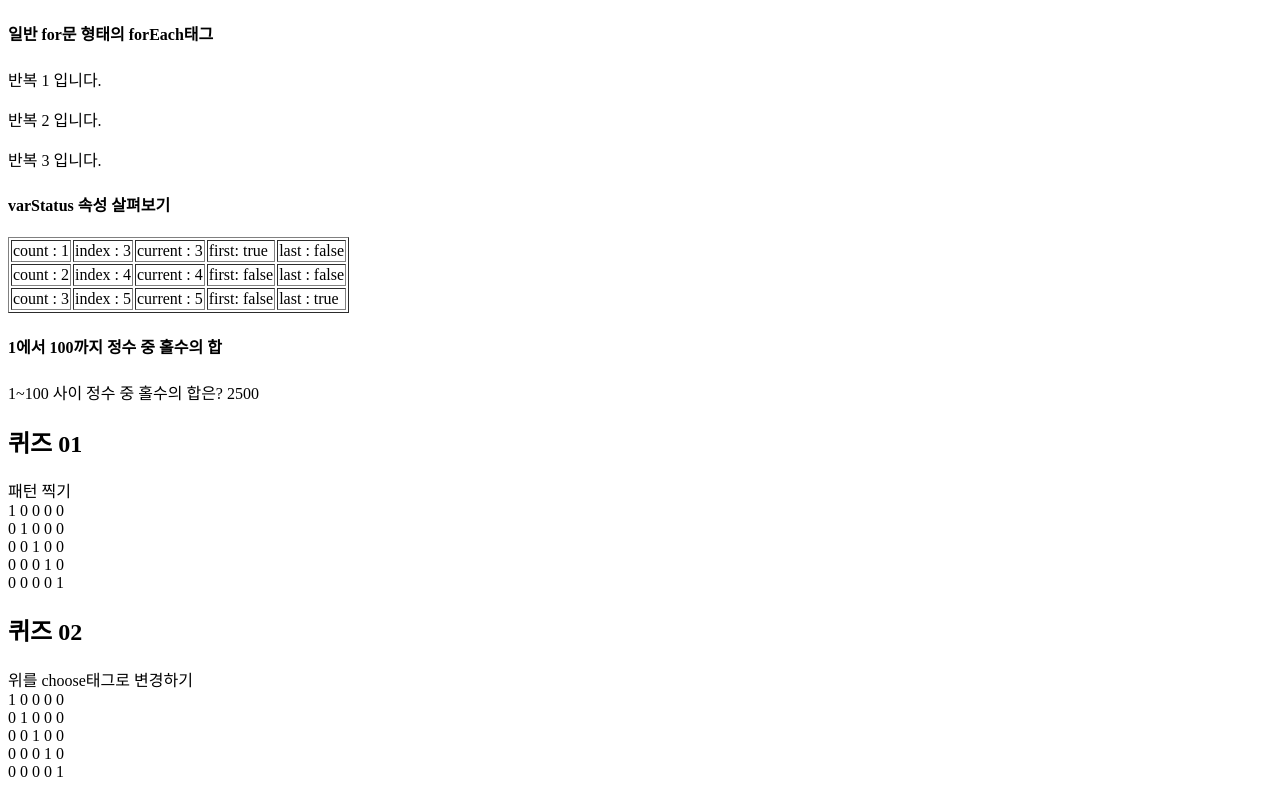
Repository: ssing365/JSPStudy
Page: http://localhost/JSPServlet/11JSTL/core/ForEachNormal.jsp
The author's editor kept a copy of each file at every save. The page is drawn from the files as they stood at one save, then again after the next save.
The browser window is 1280 px wide. The pictures show the whole page.
The page is served by Tomcat 10. Other server files are loaded and not shown.

Above is the page before, as saved 2024-11-06 08:50:02.

### JSPServlet/src/main/webapp/11JSTL/core/ForEachNormal.jsp
<%@ page language="java" contentType="text/html; charset=UTF-8"
    pageEncoding="UTF-8"%>
<%@ taglib prefix="c" uri="jakarta.tags.core"%>
<!DOCTYPE html>
<html>
<head>
<meta charset="UTF-8">
<title>JSTL - forEach1</title>
</head>
<body>
	<!--
	forEach태그의 일반 for문 형태
		속성]
			begin : 반복문의 시작값
			end : 종료값
			step : 증가치(생략할 경우 1로 고정)
			var : 반복에 사용할 변수
	 -->
	<h4>일반 for문 형태의 forEach태그</h4>
	<c:forEach begin="1" end="3" step="1" var="i">
		<p>반복 ${i} 입니다.</p>
	</c:forEach>

	<h4>varStatus 속성 살펴보기</h4>
	<!--
	일반 for문에서의 varStatus 속성
	: 반복과 관련된 정보를 추상화한 클래스를 통해 정보를 반환한다.
		count : 실제 반복횟수 반환. 1부터 시작
		index : 변수 i의 변환하는 값을 반환
		first : 루프의 처음일 때 true를 반환
		last : 루프의 마지막에 true
		current : 현재 루프의 변수값을 반환(var속성에 지정된 변수)
		* 즉, 일반 for문에서는 index와 current는 동일한 값을 반환한다.
	 -->
	<table border="1">
	<c:forEach begin="3" end="5" var="i" varStatus="loop">
		<tr>
			<td>count : ${loop.count }</td>
			<td>index : ${loop.index }</td>
			<td>current : ${loop.current }</td>
			<td>first: ${loop.first }</td>
			<td>last : ${loop.last }</td>
		</tr>
	</c:forEach>
	</table>

	<h4>1에서 100까지 정수 중 홀수의 합</h4>
	<!-- 변수 j가 1~100까지 1씩 증가한다. step은 생략시 1로 지정됨 -->
	<c:forEach begin="1" end="100" var="j">
		<!-- if(j%2 ! =0)와 동일한 조건식. 즉 2로 나눠떨어지지 않는경우 -->
		<c:if test="${j mod 2 ne 0 }">
			<!-- sum에 증가하는 j를 누적해서 더해준다. -->
			<c:set var="sum" value="${sum + j }"></c:set>
		</c:if>
	</c:forEach>
	1~100 사이 정수 중 홀수의 합은? ${sum}

	<h2>퀴즈 01</h2>
	패턴 찍기<br/>
	<c:forEach begin="1" end="5" var="i" >
		<c:forEach begin="1" end="5" var="j">
			<c:if test="${ i eq j }" var="result">1</c:if>
			 <c:if test="${not result }" >0</c:if>
		</c:forEach>
		<br/>
	</c:forEach>

	<h2>퀴즈 02</h2>
	위를 choose태그로 변경하기<br/>
	<c:forEach begin="1" end="5" var="i" >
		<c:forEach begin="1" end="5" var="j">
			<c:choose>
				<c:when test="${ i eq j }">1
				</c:when>
				<c:otherwise>
				0
				</c:otherwise>
			</c:choose>
		</c:forEach>
		<br/>
	</c:forEach>

</body>
</html>

After the next save:
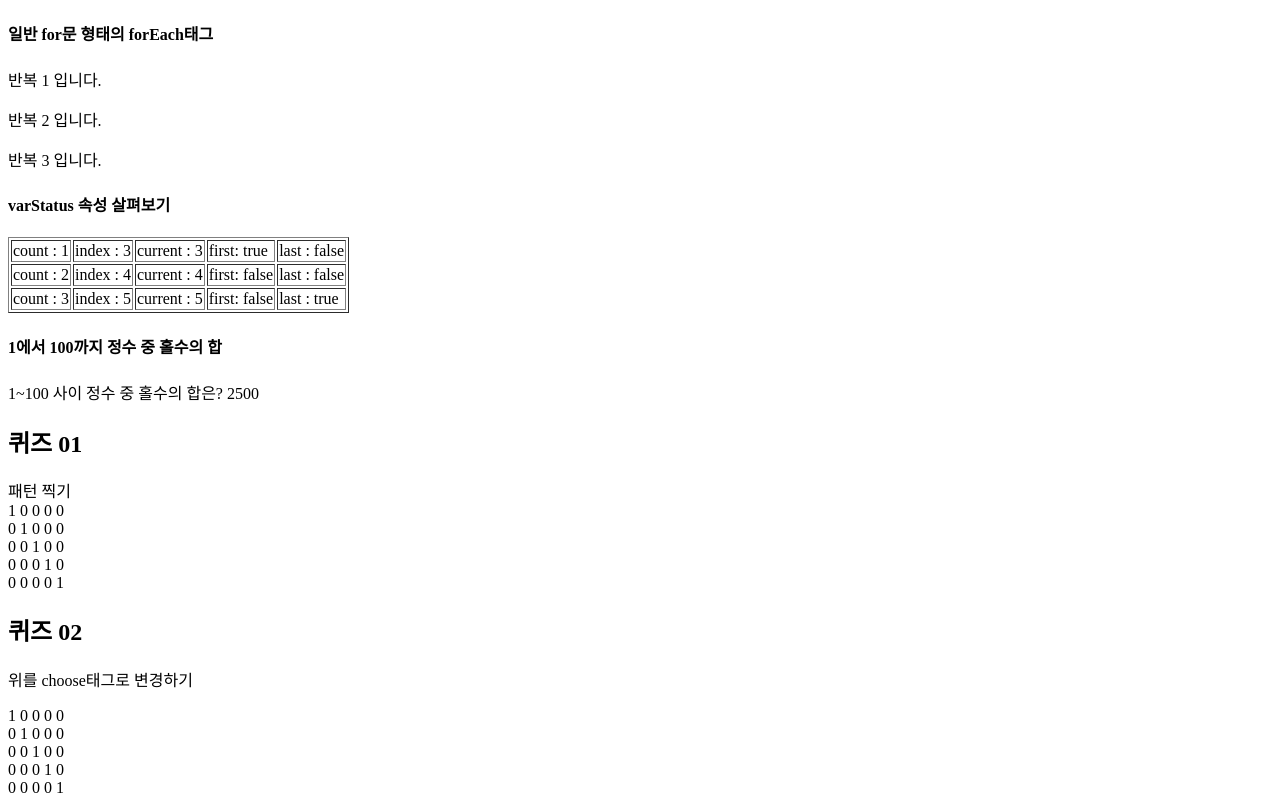
Saved 22 s later.
--- a/JSPServlet/src/main/webapp/11JSTL/core/ForEachNormal.jsp
+++ b/JSPServlet/src/main/webapp/11JSTL/core/ForEachNormal.jsp
@@ -66,7 +66,7 @@
 	</c:forEach>
 
 	<h2>퀴즈 02</h2>
-	위를 choose태그로 변경하기<br/>
+	<p>위를 choose태그로 변경하기</p>
 	<c:forEach begin="1" end="5" var="i" >
 		<c:forEach begin="1" end="5" var="j">
 			<c:choose>
